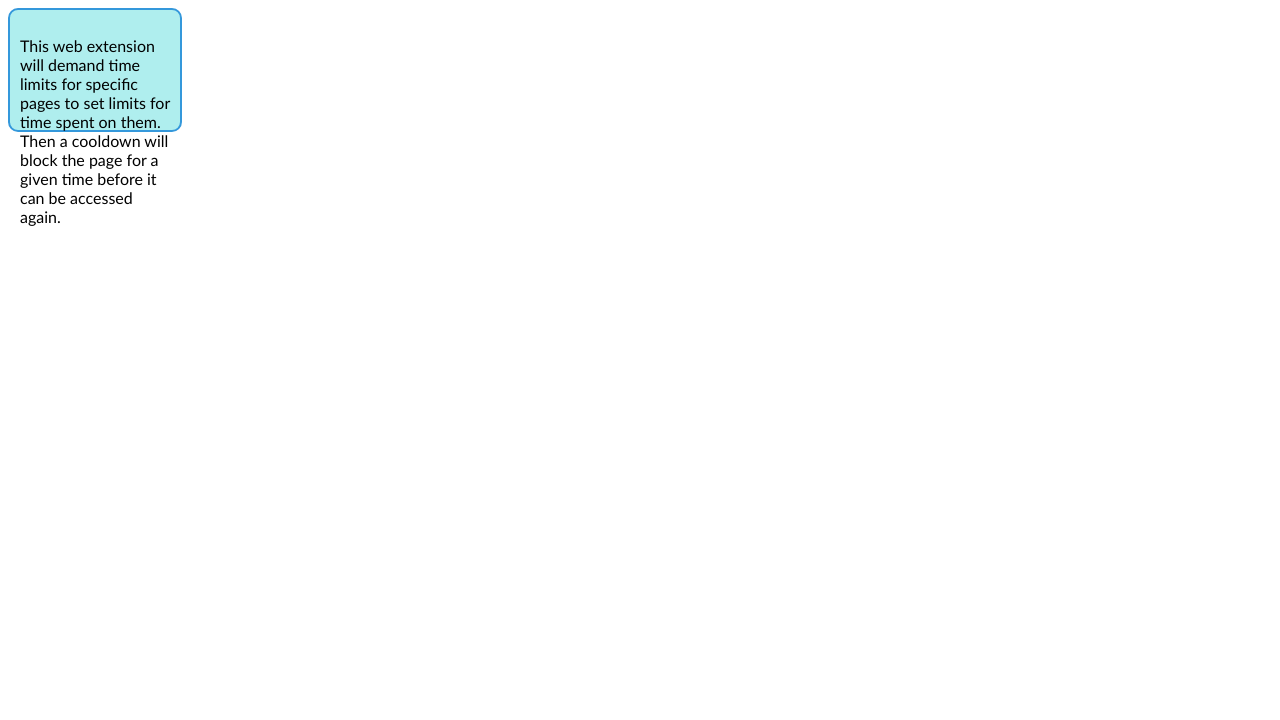
Repository: AndrlmMass/Time-management-chrome-extension
Page: popup.html
The author's editor kept a copy of each file at every save. The page is drawn from the files as they stood at one save, then again after the next save.
The browser window is 1280 px wide. The pictures show the whole page.

Above is the page before, as saved 2023-08-22 15:20:07.

### popup.html
<!DOCTYPE html>
<html>
<head>
  <title>Popup</title>
  <link rel="stylesheet" type="text/css" href="styles.css">
</head>
<body>
  <div id="popup-container">
    <p class=""bold-text></p>
    <p> This web extension will demand time limits for specific pages to set limits for time spent on them. Then a cooldown will block the page for a given time before it can be accessed again.</p>
  </div>
  <script src="popup.js"></script>
</body>
</html>

### styles.css
@font-face {
  font-family: 'CustomFont';
  src: url('path/to/font.woff2') format('woff2'),
       url('path/to/font.woff') format('woff');
}

body {
  font-family: 'Calibri', sans-serif;
}

#popup-container {
    padding: 10px; /* Add padding to create space between text and border */
    margin: 0; /* Reset margin */
    width: 300px; /* Set a fixed width for the popup container */
    background-color: #afeeee; /* Background color */
    border: 2px solid #3498db; /* Border color and thickness */
    border-radius: 10px; /* Rounded corners */
  }

.bold-text {
font-weight: bold; /* Apply bold style to this class */
}

### popup.js
document.addEventListener('DOMContentLoaded', function() {
  // Get the popup's main container element
  const popupContainer = document.getElementById('popup-container');

  // Set custom width and height
  popupContainer.style.width = '150px';    // Adjust width as needed
  popupContainer.style.height = '100px';   // Adjust height as needed
});

After the next save:
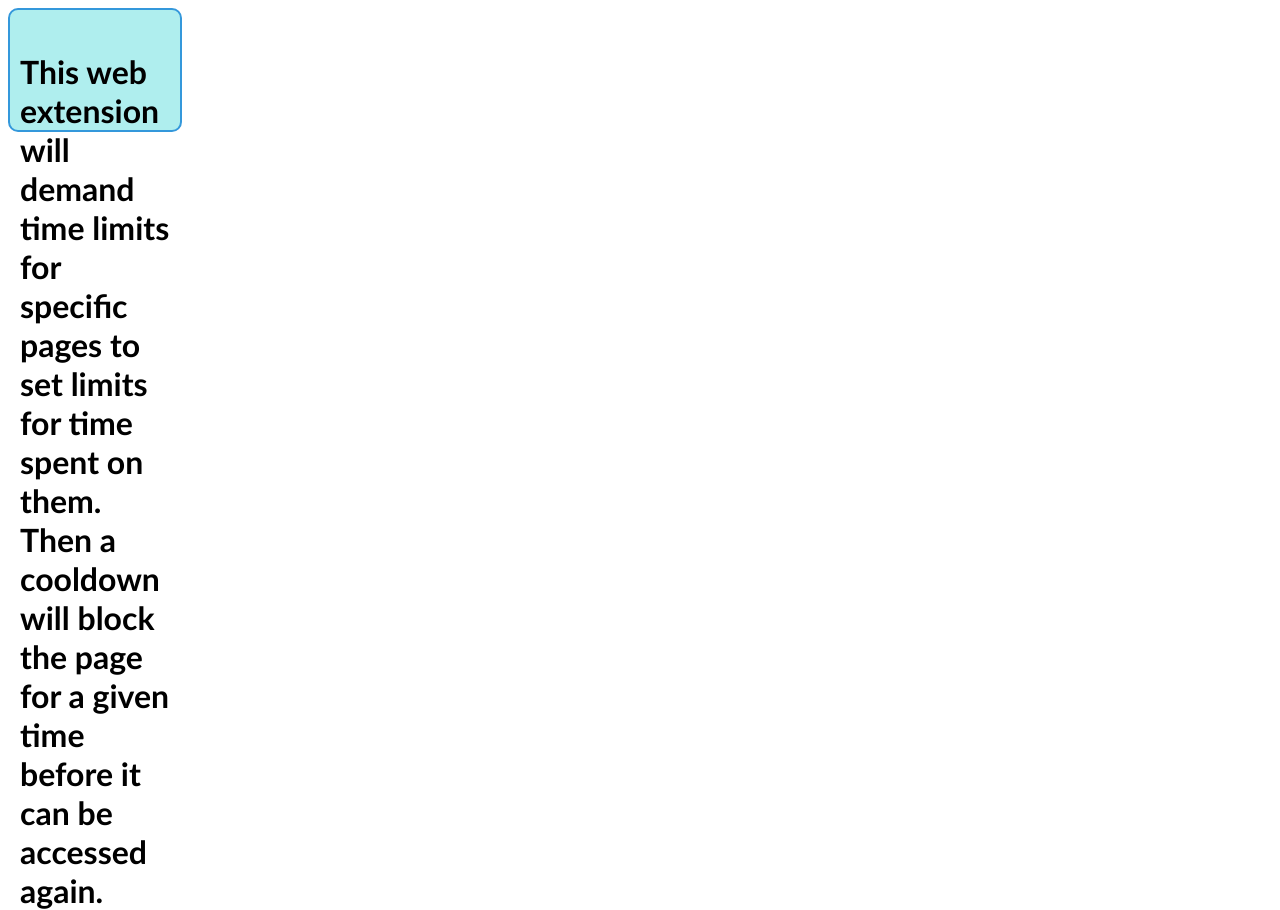
Saved 20 s later.
--- a/popup.html
+++ b/popup.html
@@ -6,7 +6,7 @@
 </head>
 <body>
   <div id="popup-container">
-    <p class=""bold-text></p>
+    <h1 class=""bold-text></p>
     <p> This web extension will demand time limits for specific pages to set limits for time spent on them. Then a cooldown will block the page for a given time before it can be accessed again.</p>
   </div>
   <script src="popup.js"></script>
